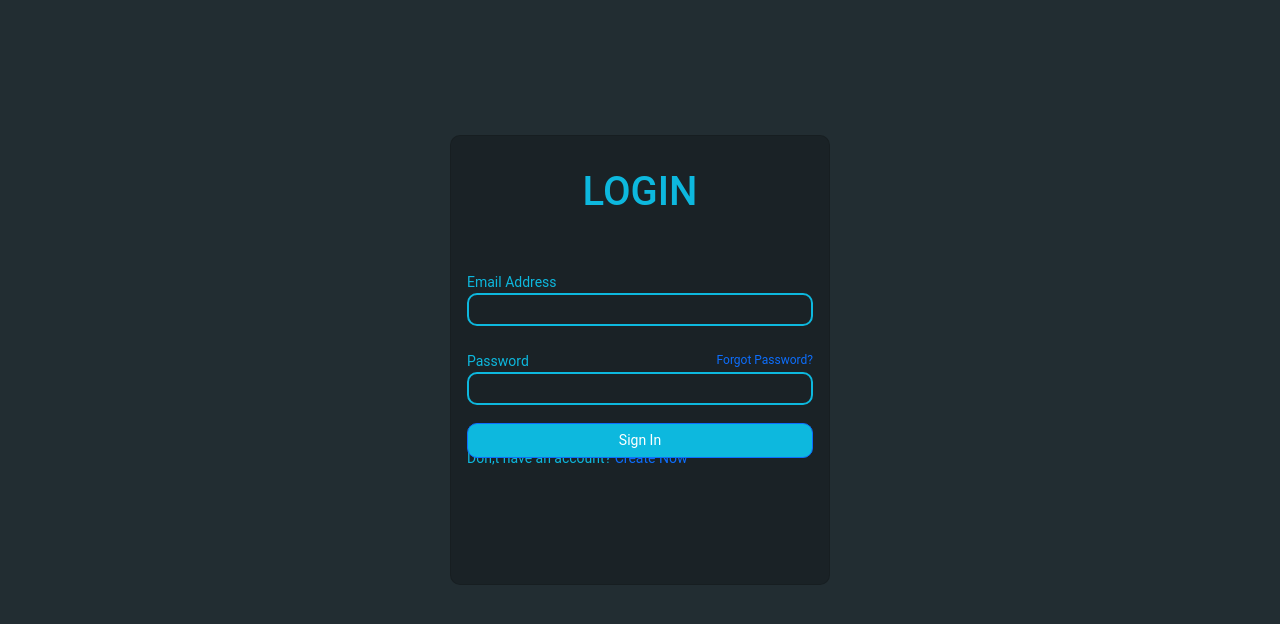
Repository: zjria/Bootstrap_logIn_1
Page: LoginPage/index.html
The author's editor kept a copy of each file at every save. The page is drawn from the files as they stood at one save, then again after the next save.
The browser window is 1280 px wide. The pictures show the whole page.

Above is the page before, as saved 2022-06-14 12:00:08.

### LoginPage/index.html
<!DOCTYPE html>
<html lang="en">
<head>
    <meta charset="UTF-8">
    <meta http-equiv="X-UA-Compatible" content="IE=edge">
    <meta name="viewport" content="width=device-width, initial-scale=1.0">
    <title>LogIn Page</title>

    <!-- Bootstrap CDN Link -->
    <link href="https://cdn.jsdelivr.net/npm/bootstrap@5.0.2/dist/css/bootstrap.min.css" rel="stylesheet" integrity="sha384-EVSTQN3/azprG1Anm3QDgpJLIm9Nao0Yz1ztcQTwFspd3yD65VohhpuuCOmLASjC" crossorigin="anonymous">

    <!-- Google Font -->
    <link rel="preconnect" href="https://fonts.googleapis.com">
    <link rel="preconnect" href="https://fonts.gstatic.com" crossorigin>
    <!-- Custom Css -->
    <link rel="stylesheet" href="style.css">
</head>
<body>
    <div class="global-container">
        <div class="card login-form">
            <div class="card-body">
                <h1 class="card-body text-center">LOGIN</h1>
                <div class="card-text">
                    <form action="#">

                        <div class="form-group">
                            <label for="exampleInputEmail1">Email Address</label>
                            <input type="email" class="form-control form-control-sm" id="exampleInputEmail1">
                        </div>

                        <div class="form-group">
                            <label for="exampleInputPassword1">Password</label>
                            <a href="#" style="float: right; font-size: 12px;" class="text-decoration-none">Forgot Password?</a>

                            <input type="password" class="form-control form-control-sm mb-2" id="exampleInputPassword1">

                            <div class="d-grid gap-2">

                                <button type="submit" class="btn btn-primary">
                                    Sign In
                                </button>

                              </div>

                            </div>




                        <div class="singup">Don,t have an account? <a href="#" class="text-decoration-none">Create Now</a></div>
                    </form>
                </div>
            </div>
        </div>
    </div>

<!-- Bootstrap JavaScript Link -->
<script src="https://cdn.jsdelivr.net/npm/bootstrap@5.0.2/dist/js/bootstrap.bundle.min.js" integrity="sha384-MrcW6ZMFYlzcLA8Nl+NtUVF0sA7MsXsP1UyJoMp4YLEuNSfAP+JcXn/tWtIaxVXM" crossorigin="anonymous"></script>

</body>
</html>

### LoginPage/style.css
body, html {
    height: 100%;
    background-color: #222d32 !important;
    font-family: 'Roboto', sans-serif;
}
.global-container{
    height: 100%;
    display: flex;
    align-items: center;
    justify-content: center;
    color: #0db8de;
}
form{
    padding-top: 10px;
    margin-top: 30px;
    font-size: 14px;
}
.login-form{
    width: 380px;
    height: 450px;
    margin: 20px;
    background: #1a2226 !important;
    border-radius: 10px !important;
}

input[type="email"],
input[type="password"]{
    background: #1a2226;
    border: 2px solid #0db8de;
    border-radius: 10px;
    margin-bottom: 25px;
}
input[type="email"]:focus,
input[type="password"]:focus{
    outline: none;
    border: none;
    background: #1a2226;
    margin: 0;
}
.card-title{
    font-weight: 900;
    padding-top: 20px;
}
.btn{
    background: #0db8de;
    font-size: 14px;
    transform: translateY(10px);
    border-radius: 10px !important;
}
.signup{
    text-align: center;
    padding-top: 25px;
}

After the next save:
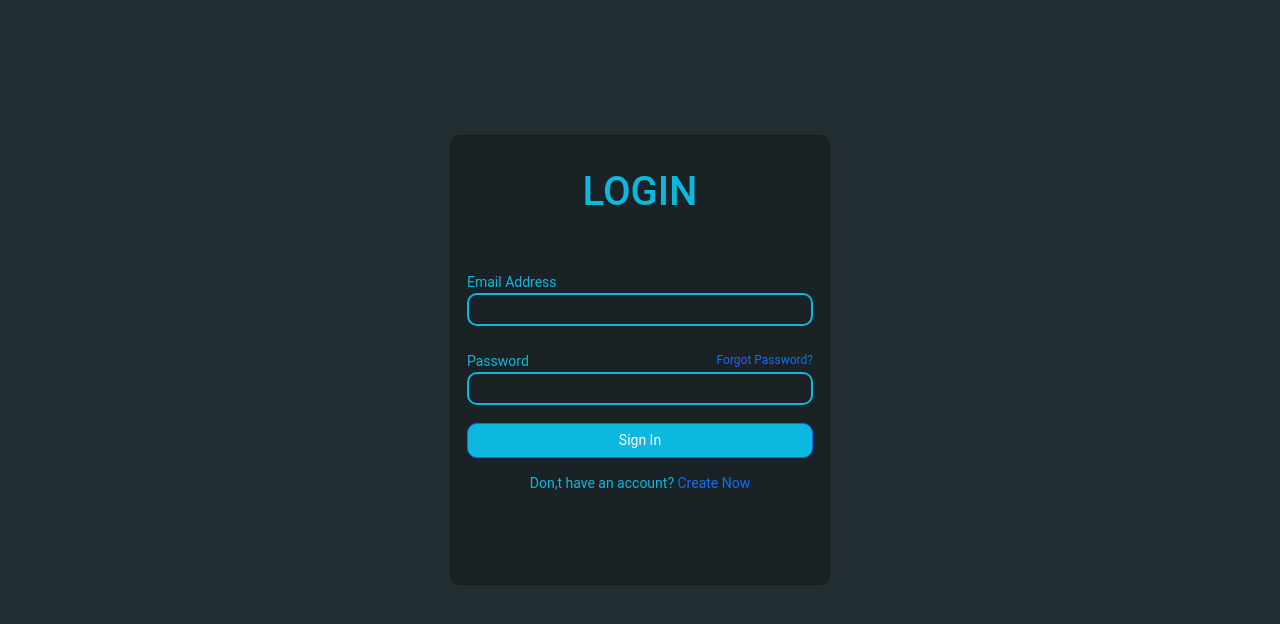
Saved 8 s later.
--- a/LoginPage/index.html
+++ b/LoginPage/index.html
@@ -47,7 +47,7 @@
 
 
 
-                        <div class="singup">Don,t have an account? <a href="#" class="text-decoration-none">Create Now</a></div>
+                        <div class="signup">Don,t have an account? <a href="#" class="text-decoration-none">Create Now</a></div>
                     </form>
                 </div>
             </div>
